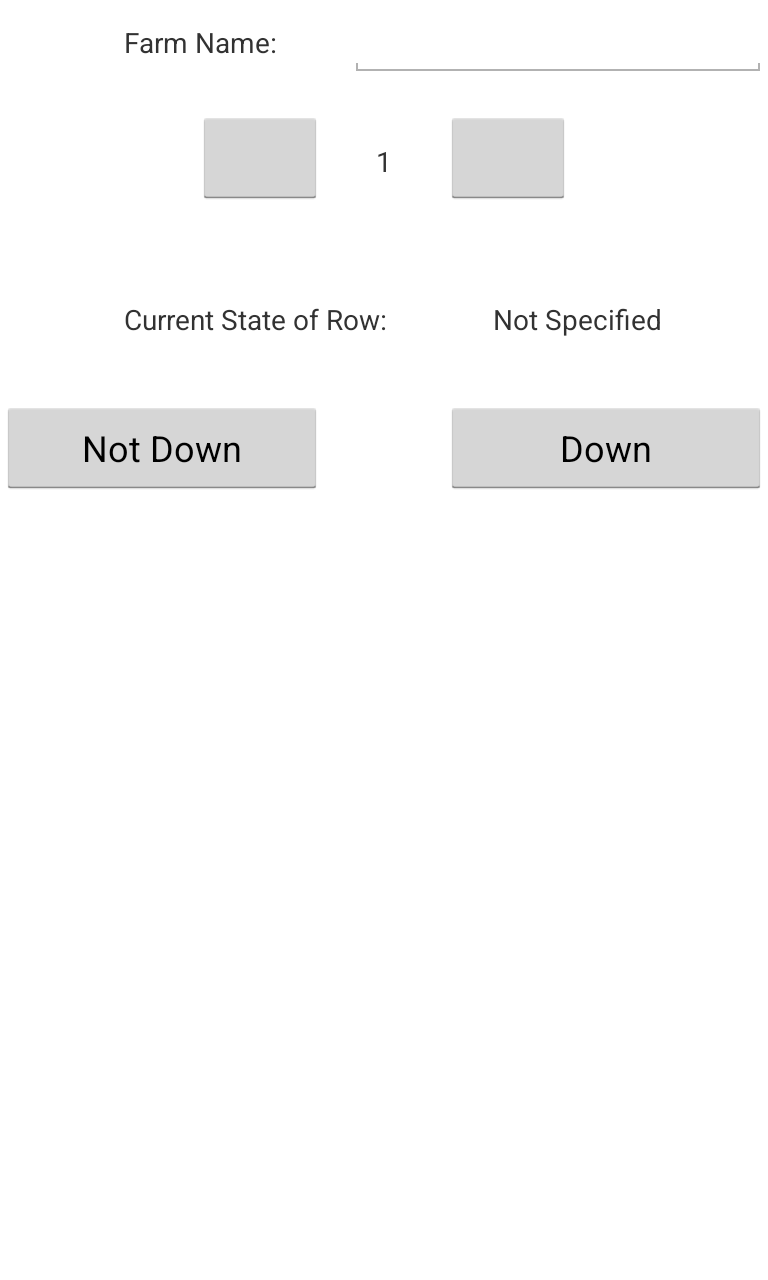
Repository: cokembel/FarmHand
Layout: FarmHand/res/layout/activity_main.xml
The author's editor kept a copy of each file at every save. The layout is drawn from the files as they stood at one save, then again after the next save.
It is drawn on a 768 x 1280 px phone screen (xhdpi) without system bars, with theme AppTheme; the app's code is not run.

Above is the layout before, as saved 2012-12-05 09:58:40.

### FarmHand/res/layout/activity_main.xml

    <ScrollView xmlns:android="http://schemas.android.com/apk/res/android"
        android:layout_width="match_parent"
        android:layout_height="match_parent"
        android:layout_alignParentLeft="true"
        android:layout_alignParentTop="true" >

        <RelativeLayout
            android:layout_width="match_parent"
            android:layout_height="wrap_content" >

            <AutoCompleteTextView
                android:id="@+id/farm_name"
                android:layout_width="wrap_content"
                android:layout_height="wrap_content"
                android:layout_alignParentRight="true"
                android:layout_alignParentTop="true"
                android:ems="10" />

            <TextView
                android:id="@+id/farm_label"
                android:layout_width="100dp"
                android:layout_height="wrap_content"
                android:layout_alignBaseline="@id/farm_name"
                android:layout_alignBottom="@id/farm_name"
                android:layout_alignRight="@+id/prev_row_button"
                android:text="@string/farm_name" />

            <TextView
                android:id="@+id/status_label"
                android:layout_width="wrap_content"
                android:layout_height="wrap_content"
                android:layout_marginTop="150dp"
                android:layout_alignLeft="@id/farm_label"
                android:text="@string/status" />

            <TextView
                android:id="@+id/current_status"
                android:layout_width="wrap_content"
                android:layout_height="wrap_content"
                android:layout_alignBaseline="@id/status_label"
                android:layout_alignParentRight="true"
                android:gravity="center_horizontal"
                android:layout_toRightOf="@id/status_label"
                android:text="Not Specified" />

             <TextView
                android:id="@+id/row_number"
                android:layout_width="60dp"
                android:layout_height="40dp"
                android:layout_alignBaseline="@+id/prev_row_button"
                android:layout_alignBottom="@+id/prev_row_button"
                android:layout_centerHorizontal="true"
                android:gravity="center"
                android:text="1" />

            <Button
                android:id="@+id/down_button"
                android:layout_width="wrap_content"
                android:layout_height="wrap_content"
                android:layout_alignParentRight="true"
                android:layout_marginTop="200dp"
                android:layout_toRightOf="@+id/row_number"
                android:text="Down" />

            <Button
                android:id="@+id/not_down_button"
                android:layout_width="wrap_content"
                android:layout_height="wrap_content"
                android:layout_alignParentBottom="true"
                android:layout_alignParentLeft="true"
                android:layout_alignRight="@+id/prev_row_button"
                android:text="Not Down" />

            <Button
                android:id="@+id/next_row_button"
                android:layout_width="wrap_content"
                android:layout_height="match_parent"
                android:layout_toRightOf="@id/row_number"
                android:layout_alignTop="@id/prev_row_button"
                />

            <Button
                android:id="@+id/prev_row_button"
                android:layout_toLeftOf="@id/row_number"
                android:layout_width="wrap_content"
                android:layout_height="wrap_content"
                android:layout_marginTop="55dp"
               />



        </RelativeLayout>

    </ScrollView>

### FarmHand/res/values/strings.xml
<resources>

    <string name="app_name">FarmHand</string>
    <string name="menu_settings">Settings</string>
    <string name="title_activity_main">MainActivity</string>
    <string name="farm_name">Farm Name:</string>
	<string name="status">Current State of Row:</string>

</resources>

Loaded but not shown: FarmHand/res/values-v11/styles.xml (common file); FarmHand/res/values-v14/styles.xml (common file); FarmHand/res/values/styles.xml (common file)

After the next save:
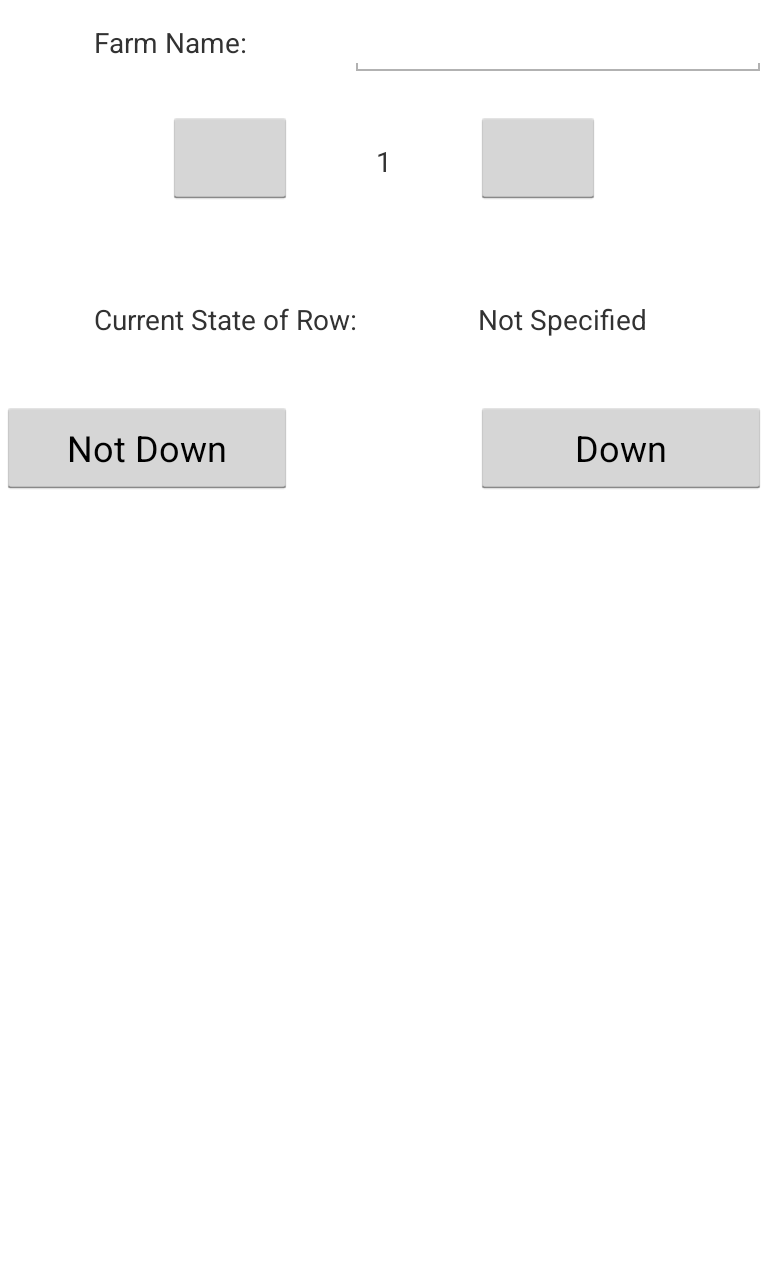
Saved 55 s later.
--- a/FarmHand/res/layout/activity_main.xml
+++ b/FarmHand/res/layout/activity_main.xml
@@ -46,7 +46,7 @@
 
              <TextView
                 android:id="@+id/row_number"
-                android:layout_width="60dp"
+                android:layout_width="90dp"
                 android:layout_height="40dp"
                 android:layout_alignBaseline="@+id/prev_row_button"
                 android:layout_alignBottom="@+id/prev_row_button"
